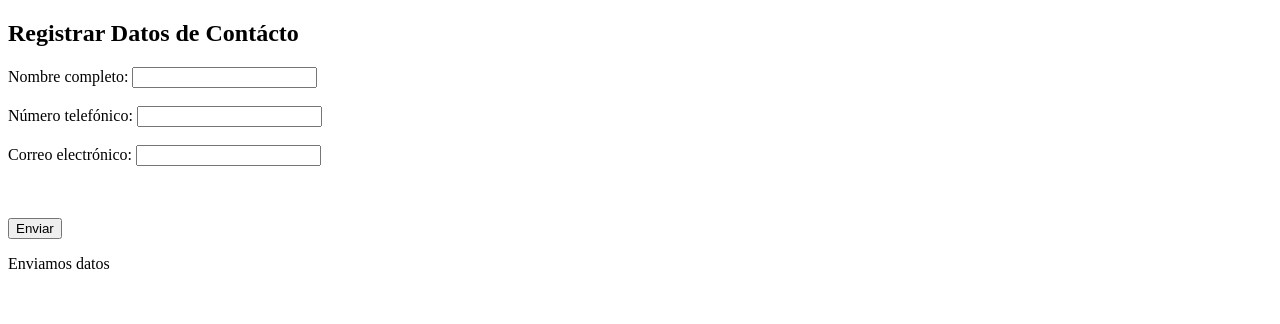
Repository: UVMCoyoacan/VEFY
Page: formularioCV.html
These files come from the project's save history. The page is drawn as it stood at one moment and after the next save; the edit follows.
The browser window is 1280 px wide. The pictures show the whole page.

Above is the page before, as saved 2024-03-01 11:39:35.

### formularioCV.html
<!DOCTYPE html>
<html>
  <head>
    <meta charset="UTF-8" />
  </head>
<body>

<h2>Registrar Datos de Contácto</h2>

<form name="enviaDat" action="recibedatosFormCV.html" method="get">

  <label for="fname">Nombre completo:</label>
  <input type="text" id="fname" name="fname"><br><br>
  <label for="lname">Número telefónico:</label>
  <input type="number" id="numtel" name="numtel"><br><br>
  <label for="lname">Correo electrónico:</label>
  <input type="email" id="correoele" name="correoele"><br><br>

  <br>

  <p>
    <input type="submit" value="Enviar"/>
  </p>

</form>

<p>Enviamos datos</p>

</body>
</html>

### estilo1.css
h1{
    color: chocolate;
    text-align: center;
    border-style: mix;
}
p{
    text-align: center;
    color:rgb(0, 0, 0);
    border-style: dotted;
}

ol{
    text-align: center;
    color:rgb(1, 1, 1);
    border-style: groove;

}

ul{
    text-align: center;
    color: rgb(0, 0, 0);
    border-style: ridge;
}

h2{
    color: rgba(58, 221, 93, 0.98) ;
    text-align:center;
    border-style: mix;
}

a{
    text-align: center;
}

body{
    background-color: rgb(104, 163, 209);
}

footer{
    color:beige;
    background-color: blueviolet;
}
button {
    border: none;
    color: rgb(175, 10, 10);
    padding: 15px 32px;
    text-align: center;
    text-decoration: none;
    display: inline-block;
    font-size: 16px;
    margin: 4px 2px;
    cursor: pointer;
  }
  p{
    text-align: center;
  }

After the next save:
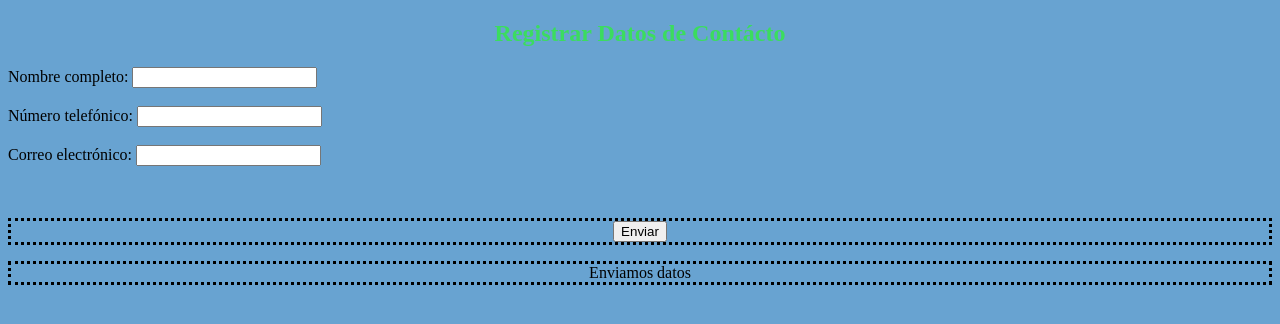
Saved 3 min 54 s later.
--- a/formularioCV.html
+++ b/formularioCV.html
@@ -1,7 +1,16 @@
 <!DOCTYPE html>
 <html>
   <head>
+
+
+    <link rel="stylesheet" href="estilo1.css"/>
+
+
+
+    <meta charset="utf-8" />
+
     <meta charset="UTF-8" />
+
   </head>
 <body>
 
